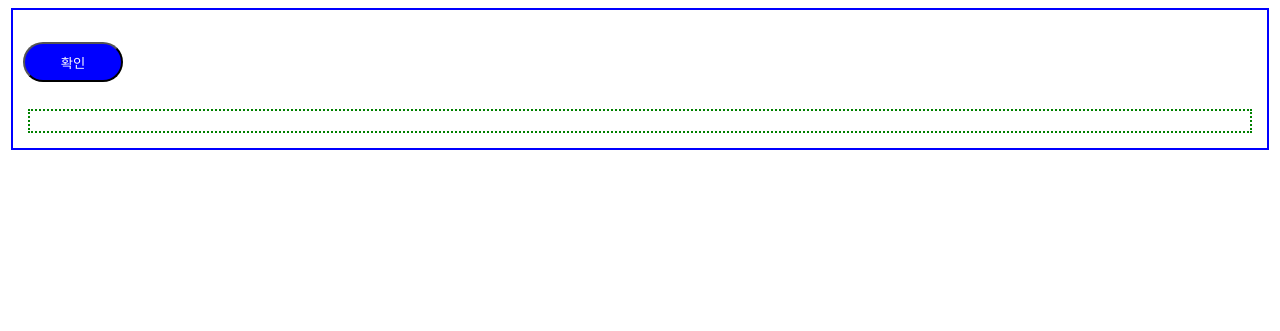
Repository: patternlobe-stack/MY_repository
Page: webpro/src/main/webapp/0915/html_text.html
The author's editor kept a copy of each file at every save. The page is drawn from the files as they stood at one save, then again after a run of saves.
The browser window is 1280 px wide. The pictures show the whole page.

Above is the page before, as saved 2025-09-15 04:56:39.

### webpro/src/main/webapp/0915/html_text.html
<!DOCTYPE html>
<html>
<head>
<meta charset="UTF-8">
<title>Insert title here</title>
<link rel="stylesheet"  href="../css/public.css">

<script>
</script>

</head>
<body>


<div class="box">
      <h3>
      </h3>
      <input type="button" value="확인" onclick="proc1()" />
      <br /><br />

      <div id="result1"></div>
</div>
</body>
</html>

### webpro/src/main/webapp/css/public.css
@charset "UTF-8";

pre {
  border: 5px inset red;
  margin: 20px;
  padding: 10px;
  font-size: 1.3rem;
}
div {
  border: 2px dotted green;
  padding: 10px;
  margin: 5px;
  font-size: 1.2rem;
}

.box {
  border: 2px solid blue;
  margin: 3px;
  padding: 10px;
}
.box input[type="button"],
.box input[type="submit"] {
  background: blue;
  color: white;
  width: 100px;
  height: 40px;
  border-radius: 50px;
}

Loaded but not shown: webpro/src/main/webapp/js/jquery-3.7.1.js (library)

After the next 2 saves:
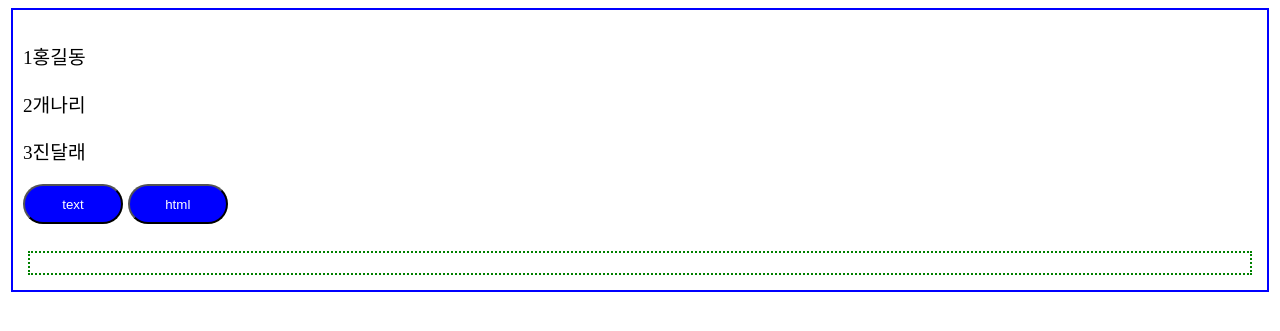
The 2 saves are shown as one change because they came seconds apart.
The last was saved 108 s later.
--- a/webpro/src/main/webapp/0915/html_text.html
+++ b/webpro/src/main/webapp/0915/html_text.html
@@ -4,6 +4,7 @@
 <meta charset="UTF-8">
 <title>Insert title here</title>
 <link rel="stylesheet"  href="../css/public.css">
+<script src="../js/jquery-3.7.1.js"></script>
 
 <script>
 </script>
@@ -15,7 +16,11 @@
 <div class="box">
       <h3>
       </h3>
-      <input type="button" value="확인" onclick="proc1()" />
+      <p>1<span>홍길동</span></p>
+	 <p>2<span>개나리</span></p>
+	 <p>3<span>진달래</span></p>
+      <input type="button" value="text" id="text" />
+      <input type="button" value="html"  id="html"/>
       <br /><br />
 
       <div id="result1"></div>
